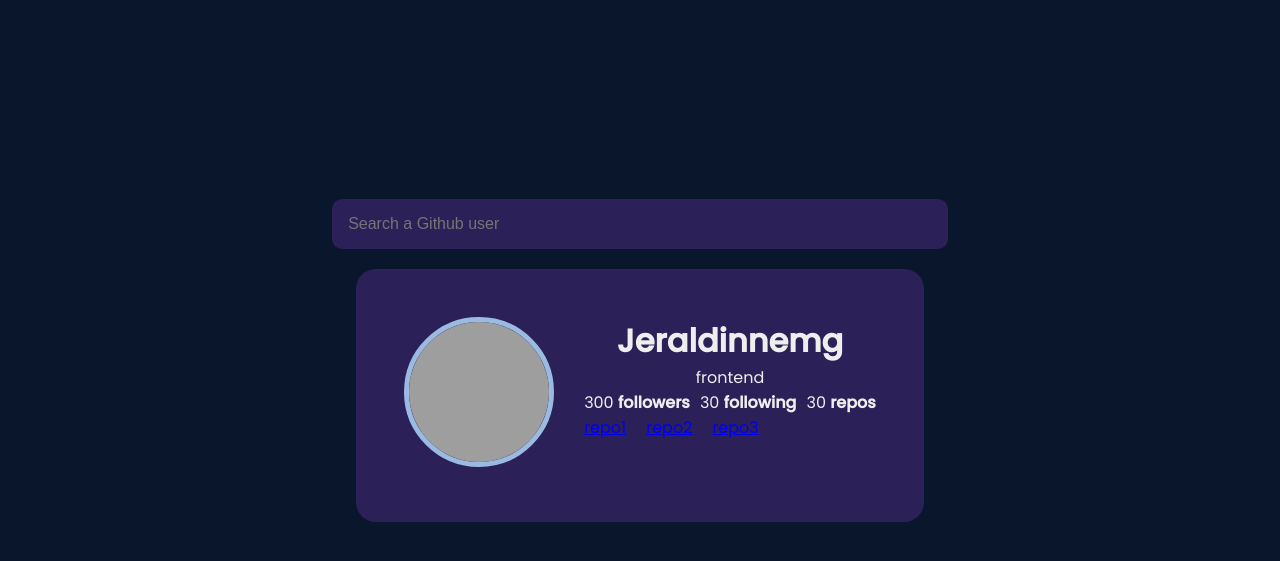
Repository: jeraldinnemg/githubprofile
Page: index.html
The author's editor kept a copy of each file at every save. The page is drawn from the files as they stood at one save, then again after the next save.
The browser window is 1280 px wide. The pictures show the whole page.
Pictures or frames that could not be fetched are drawn as grey boxes.

Above is the page before, as saved 2022-09-16 23:31:06.

### index.html
<!DOCTYPE html>
<html lang="en">
<head>
    <meta charset="UTF-8">
    <meta http-equiv="X-UA-Compatible" content="IE=edge">
    <meta name="viewport" content="width=device-width, initial-scale=1.0">
    <link rel="stylesheet" href="style.css">
    <title>Github profiles</title>
</head>
<body>


    <div class="container">
        <form class="user-form">
            <input type="text" placeholder="Search a Github user">
        </form>
        <main class="card">

            <div class="profile-image">
                <img src="https://randomuser.me/api/portraits/men/30.jpg" alt="">
            </div>
            <div class="profile-content">
                <h1>Jeraldinnemg</h1>
                <p> frontend</p>
                <div>
                    <ul>
                        <li>300 <strong>followers</strong></li>
                        <li>30 <strong>following</strong></li>
                        <li>30 <strong>repos</strong></li>
                    </ul>
                </div>
                <div class="user-repos">
                    <a href="#" class="repo">repo1</a>
                    <a href="#" class="repo">repo2</a>
                    <a href="#" class="repo">repo3</a>
                </div>
            </div>


        </main>

    </div>


    <script src="script.js"></script>
</body>
</html>

### style.css
@import url('https://fonts.googleapis.com/css2?family=Poppins:wght@400;500&display=swap');

* {
    margin:0;
    padding:0;
    box-sizing: border-box;
}

body {
    font-family: 'Poppins', 'sans-serif';
    font-size:1rem;
    background-color: #0a162c;
    color: #fff;
    display: flex;
    flex-direction: column;
    justify-content: center;
    align-items: center;
    height: 100vh;
}

.container {

    display: flex;
    flex-direction: column;
    justify-content: center;
    align-items: center;
    text-align: center;

    gap:20px;
}
.user-form {
    width:100%;
    max-width: 700px;
}

.user-form input{
    width:100%;
    display: block;
    background-color: #2b2057;
    border: none;
    border-radius: 10px;
    padding: 1em;
    font-size: 1rem;
    color:#fff;
    box-shadow:  0 5px 10px rgba(154, 160, 185, 0.05),
    0 15px 40px rgba(0, 0, 0, 0.1px) ;
}
user-form input::placeholder{
    color: #bbb;
}
.user-form input:focus{
    outline: none;
}

input:focus{
    border: none;
}

ul {
    list-style: none;
}

.card {
    max-width: 800px;
    display: flex;
    flex-direction: row;
    justify-content: space-around;
    background-color: #2b2057;
    box-shadow:  0 5px 10px rgba(154, 160, 185, 0.05),
    0 15px 40px rgba(0, 0, 0, 0.1px) ;
    padding: 3em;
    margin: 0 1.5rem;
    border-radius: 20px;
    gap:30px;
}

img {
    border-radius: 50%;
    border: 5px solid #9abae2;
    height: 150px;
    width: 150px;;
}

.profile-content {
    color: #eee;
}

.profile-content ul{
    list-style: none;
    display: flex;
    justify-content: space-between;
    padding: 0;
    gap:10px;
    max-width: 400px;
}

.user-repos{
    display: flex;
    gap:20px
}

Loaded but not shown: script.js (no copy from this time; the picture is the same without it)

After the next save:
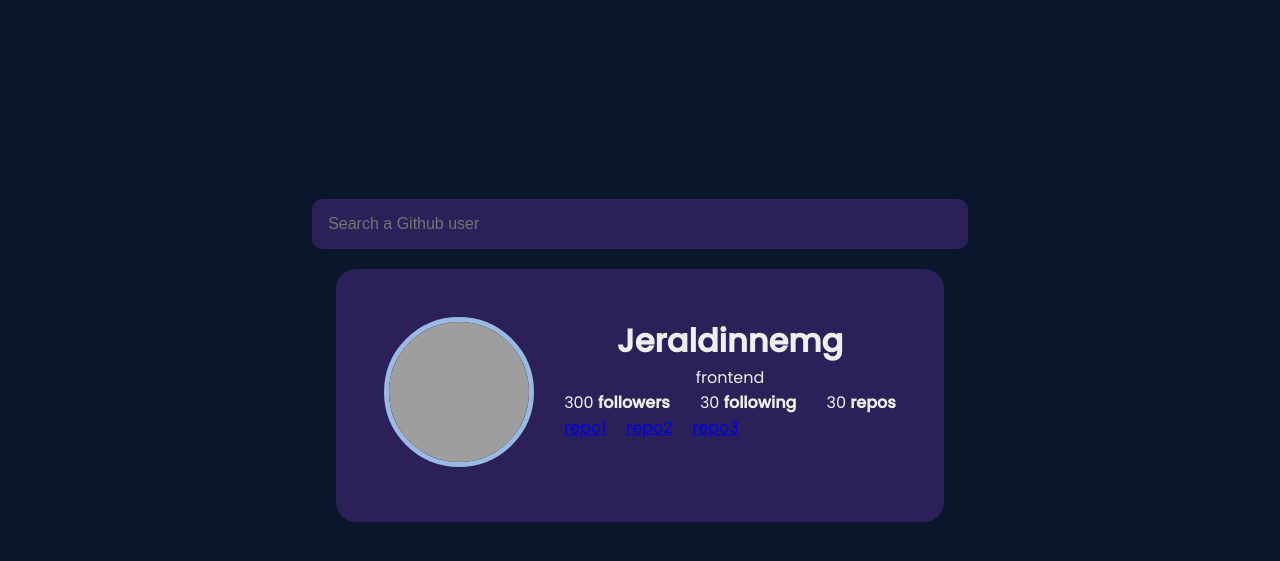
Saved 7 s later.
--- a/style.css
+++ b/style.css
@@ -90,7 +90,7 @@ img {
     display: flex;
     justify-content: space-between;
     padding: 0;
-    gap:10px;
+    gap:30px;
     max-width: 400px;
 }
 
